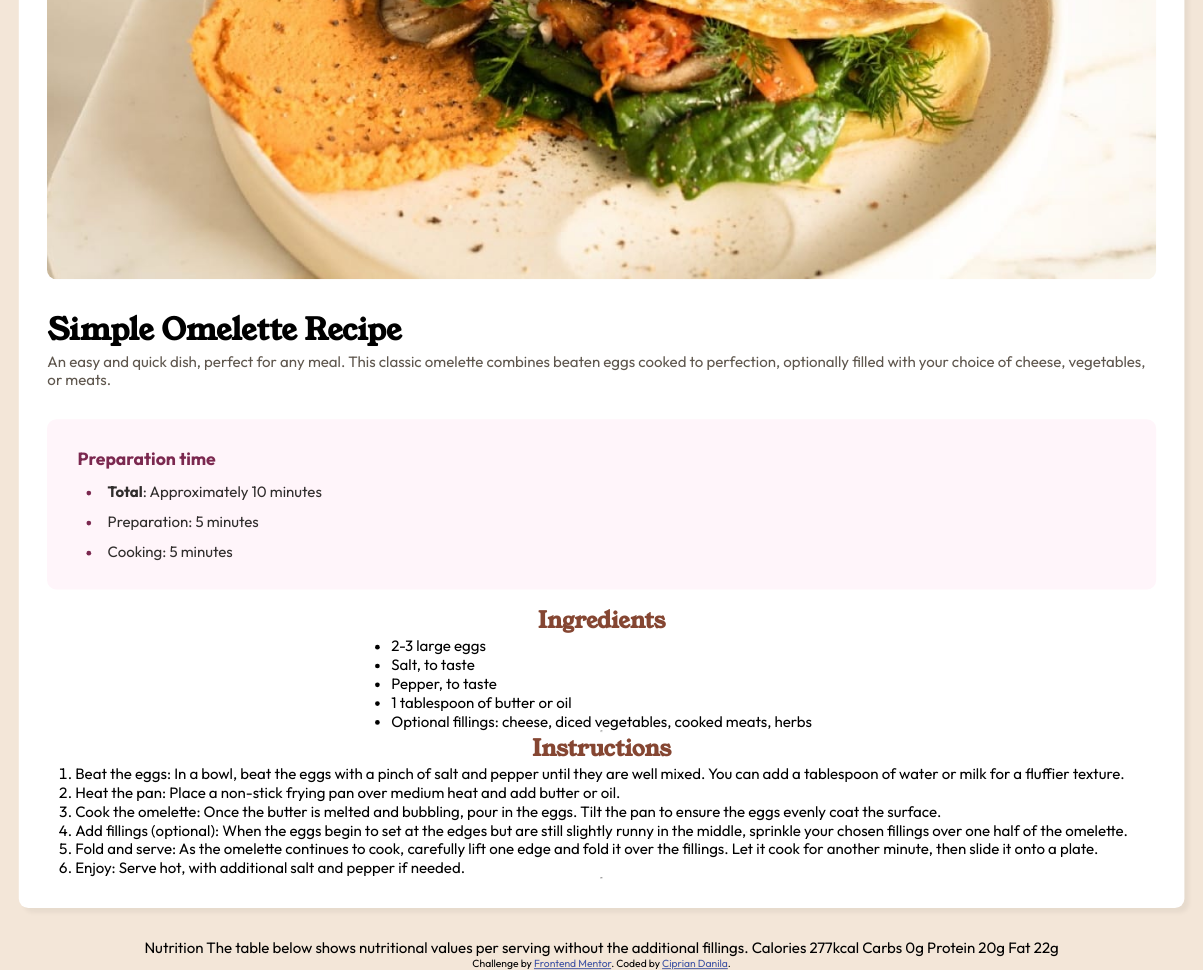
Repository: cipdanila/recipe-page
Page: index.html
The author's editor kept a copy of each file at every save. The page is drawn from the files as they stood at one save, then again after the next save.
The browser window is 1280 px wide. The pictures show the whole page, at 94% of full size.

Above is the page before, as saved 2024-01-21 16:58:12.

After the next save:
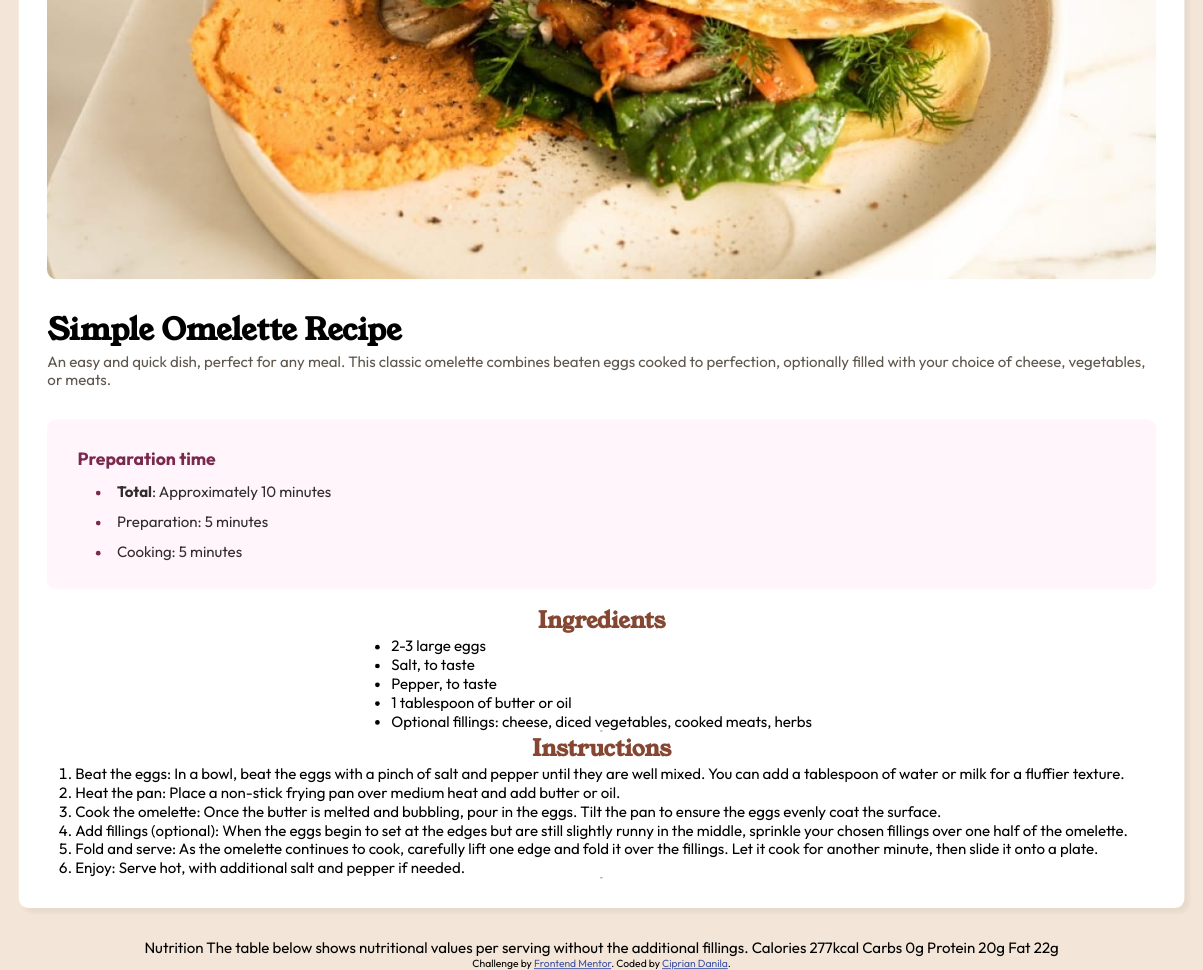
Saved 42 s later.
--- a/styles.css
+++ b/styles.css
@@ -98,11 +98,11 @@
 
 .prep-container ul li::marker {
     color: var(--dark-raspberry);
-    margin-left: 10px;
 }
 
 .prep-container ul li {
     color: var(--dark-charcoal);
+    margin-left: 10px;
 }
 
 .attribution {

After the save that followed:
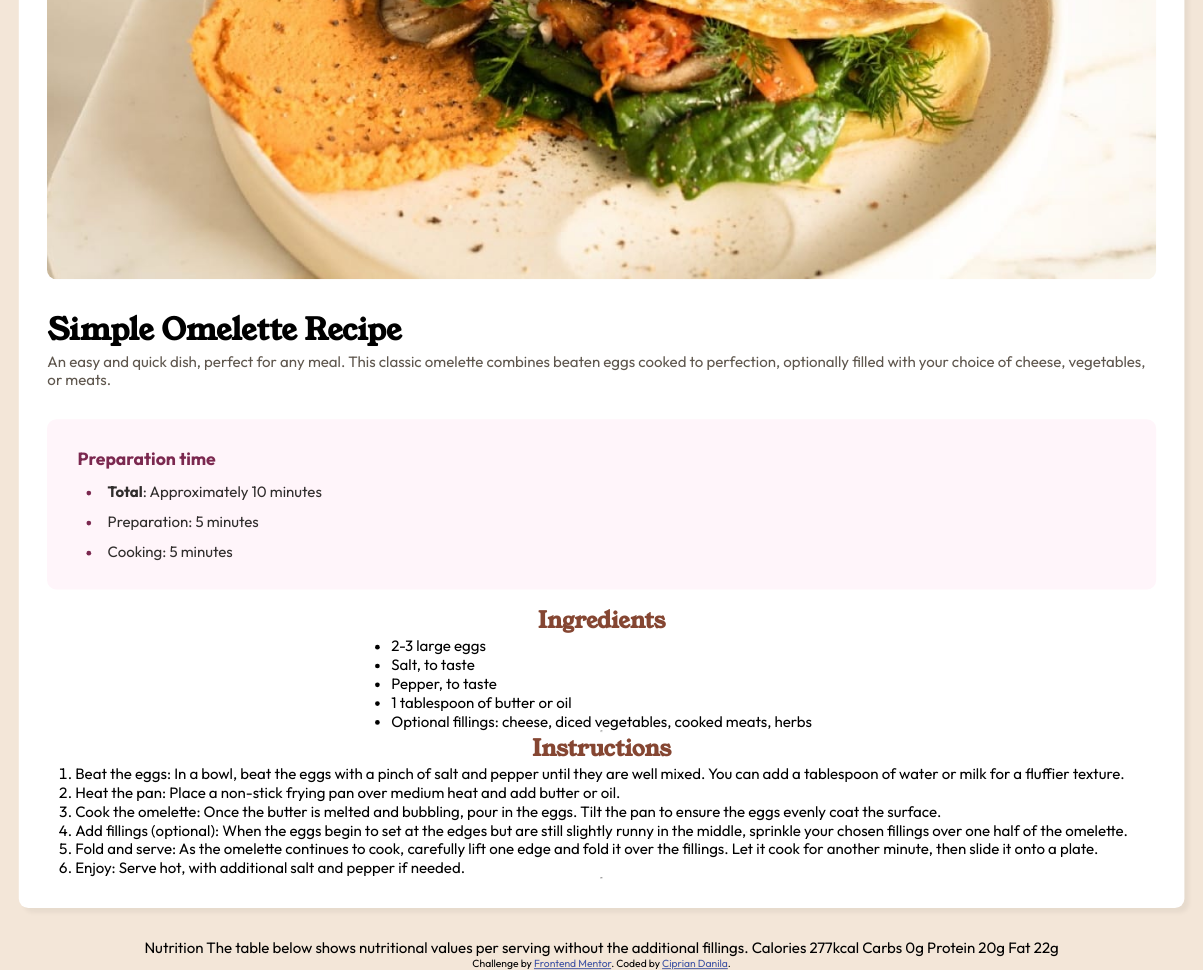
Saved 7 s later.
--- a/styles.css
+++ b/styles.css
@@ -102,7 +102,7 @@
 
 .prep-container ul li {
     color: var(--dark-charcoal);
-    margin-left: 10px;
+    margin-right: 10px;
 }
 
 .attribution {
